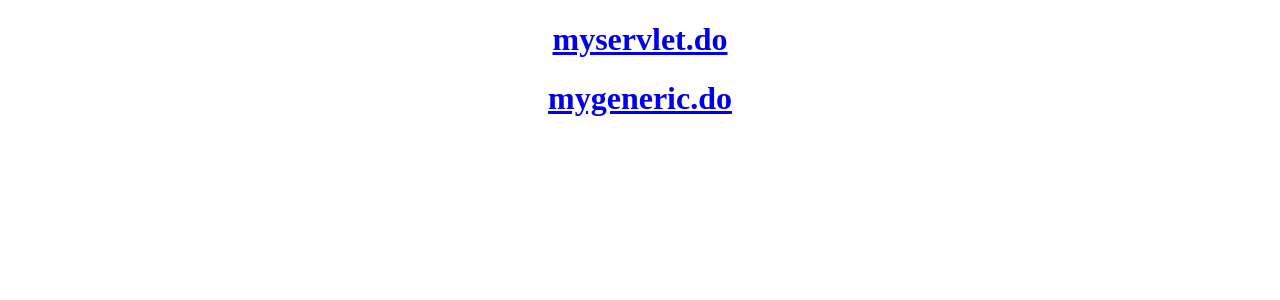
Repository: govltjsdnd24/SSAFY_BackEnd
Page: LocalServletJspEx/WebContent/index.html
An editor plug-in stored every save of this project. The page is shown before and after the next save, followed by the edit.
The browser window is 1280 px wide. The pictures show the whole page.

Above is the page before, as saved 2023-09-14 04:49:42.

### LocalServletJspEx/WebContent/index.html
<!DOCTYPE html>
<html>
<head>
<meta charset="UTF-8">
<title>Insert title here</title>
</head>
<body>
	<div align="center">
		<h1> <a href="myservlet.do">myservlet.do</a></h1>
		<h1> <a href="mygeneric.do">mygeneric.do</a></h1>
	</div>
</body>
</html>

After the next save:
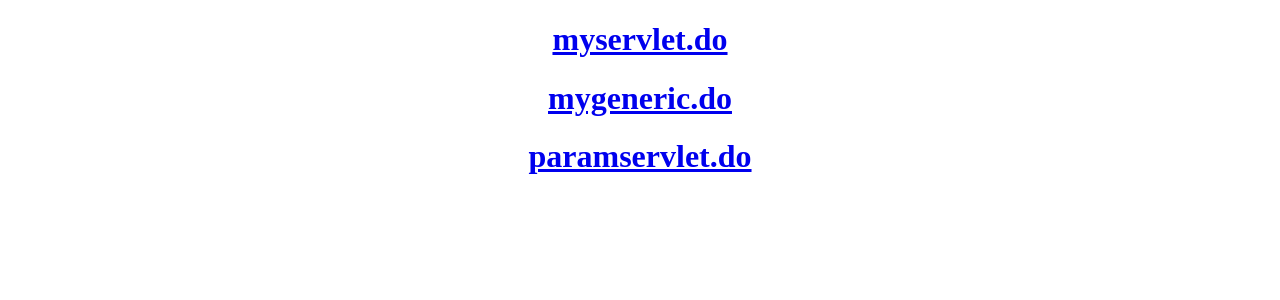
Saved 23 s later.
--- a/LocalServletJspEx/WebContent/index.html
+++ b/LocalServletJspEx/WebContent/index.html
@@ -8,6 +8,7 @@
 	<div align="center">
 		<h1> <a href="myservlet.do">myservlet.do</a></h1>
 		<h1> <a href="mygeneric.do">mygeneric.do</a></h1>
+		<h1> <a href="paramservlet.do">paramservlet.do</a></h1>
 	</div>
 </body>
 </html>
